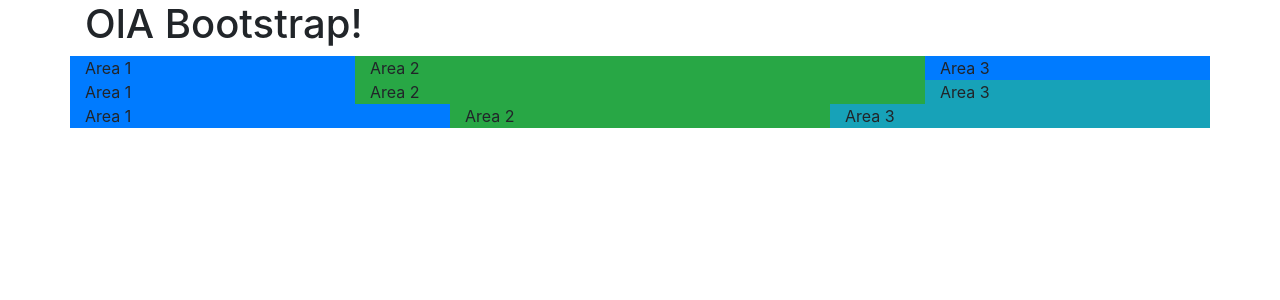
Repository: woodyalan/bootstrap-4
Page: conteudo.html
These files come from the project's save history. The page is drawn as it stood at one moment and after the next save; the edit follows.
The browser window is 1280 px wide. The pictures show the whole page.

Above is the page before, as saved 2020-09-08 22:15:23.

### conteudo.html
<!DOCTYPE html>
<html lang="pt-br">
  <head>
    <!-- Required meta tags -->
    <meta charset="utf-8" />
    <meta name="viewport" content="width=device-width, initial-scale=1, shrink-to-fit=no" />

    <link rel="stylesheet" href="https://stackpath.bootstrapcdn.com/bootstrap/4.5.2/css/bootstrap.min.css" />

    <title>OlA Bootstrap!</title>
  </head>
  <body>
    <div class="container">
      <h1>OlA Bootstrap!</h1>

      <div class="row">
        <div class="col-3 bg-primary">Area 1</div>
        <div class="col-6 bg-success">Area 2</div>
        <div class="col-3 bg-primary">Area 3</div>
      </div>

      <div class="row">
        <div class="col-6 col-lg-3 bg-primary">Area 1</div>
        <div class="col-6 col-lg-6 bg-success">Area 2</div>
        <div class="col-12 col-lg-3 bg-info">Area 3</div>
      </div>

      <div class="row">
        <div class="col bg-primary">Area 1</div>
        <div class="col bg-success">Area 2</div>
        <div class="col bg-info">Area 3</div>
      </div>
    </div>

    <!-- JS, Popper e jQuery -->
    <script src="https://code.jquery.com/jquery-3.5.1.slim.min.js"></script>
    <script src="https://cdn.jsdelivr.net/npm/popper.js@1.16.1/dist/umd/popper.min.js"></script>
    <script src="https://stackpath.bootstrapcdn.com/bootstrap/4.5.2/js/bootstrap.min.js"></script>
  </body>
</html>

After the next save:
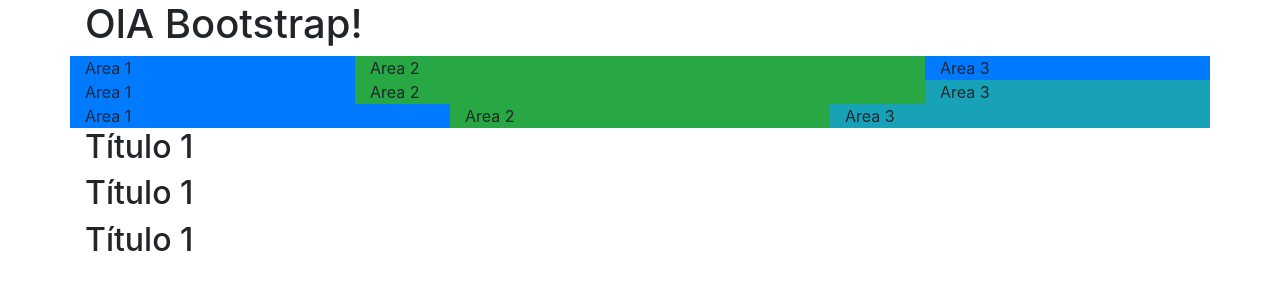
Saved 98 s later.
--- a/conteudo.html
+++ b/conteudo.html
@@ -30,6 +30,22 @@
         <div class="col bg-success">Area 2</div>
         <div class="col bg-info">Area 3</div>
       </div>
+
+      <div class="row">
+        <div class="col-12"></div>
+      </div>
+
+      <div class="row">
+        <div class="col-12 col-4">
+          <h2>Título 1</h2>
+        </div>
+        <div class="col-12 col-4">
+          <h2>Título 1</h2>
+        </div>
+        <div class="col-12 col-4">
+          <h2>Título 1</h2>
+        </div>
+      </div>
     </div>
 
     <!-- JS, Popper e jQuery -->
